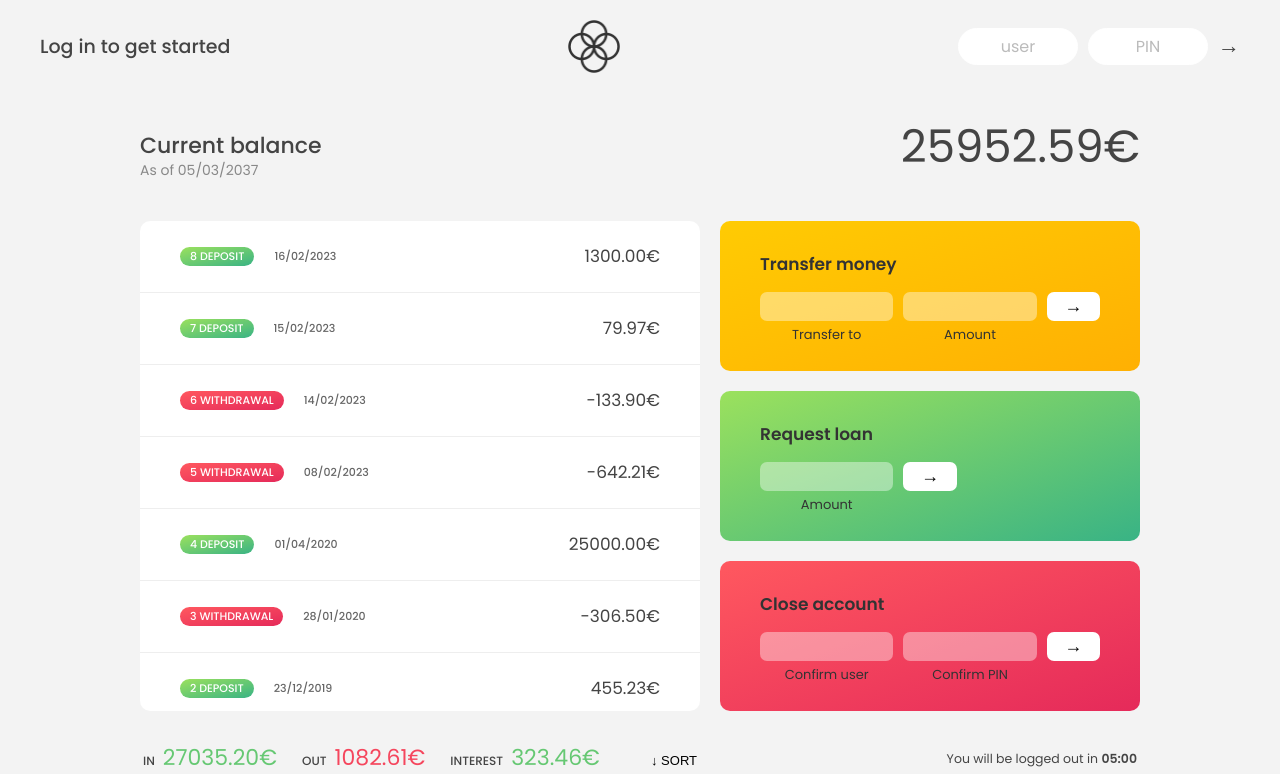
Repository: otvertka/jsc_12
Page: index.html
These files come from the project's save history. The page is drawn as it stood at one moment and after the next save; the edit follows.
The browser window is 1280 px wide. The pictures show the whole page.
An inner scrolling area shows only its first screen.

Above is the page before, as saved 2023-02-17 12:41:49.

After the next save:
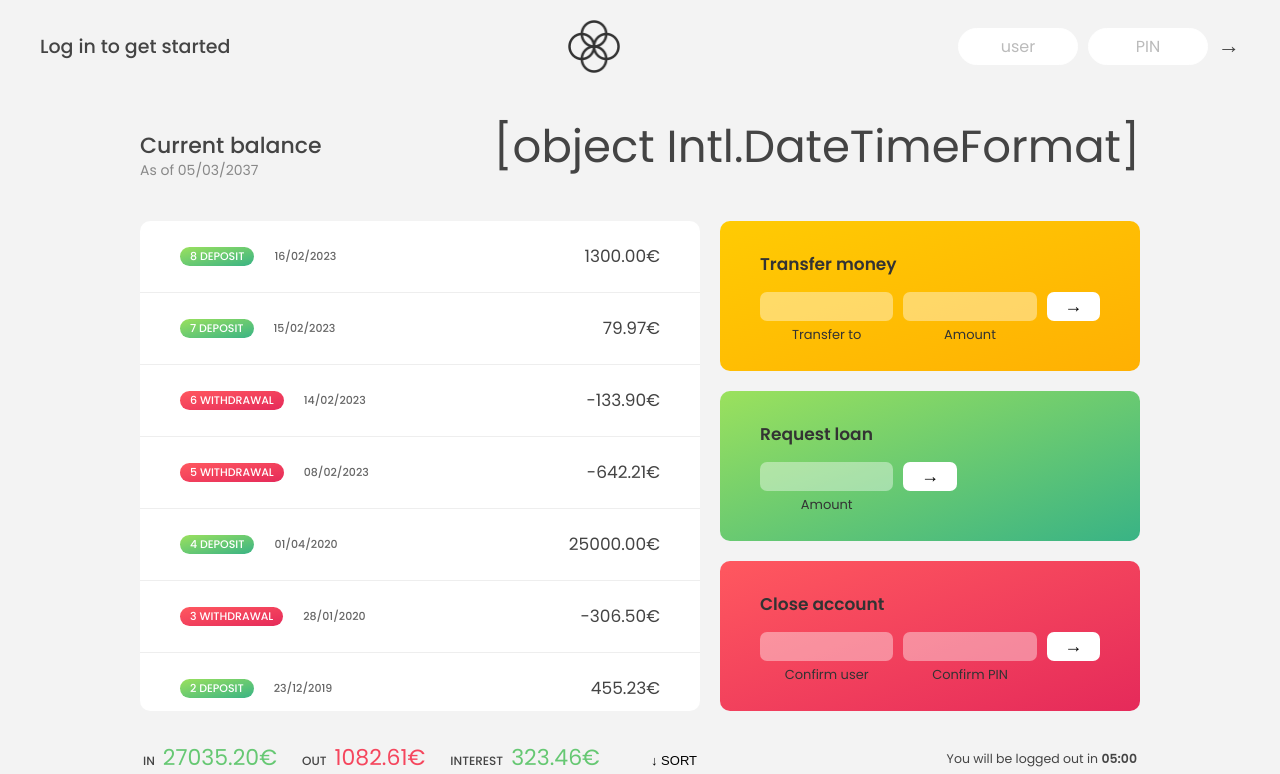
Saved 5 min 31 s later.
--- a/script.js
+++ b/script.js
@@ -184,6 +184,10 @@ currentAccount = account1;
 updateUI(currentAccount);
 containerApp.style.opacity = 100;
 
+// Experimenting API
+const now = new Date();
+labelBalance.textContent = new Intl.DateTimeFormat('en-US');
+
 btnLogin.addEventListener('click', function (e) {
   // Prevent form from submitting
   e.preventDefault();
